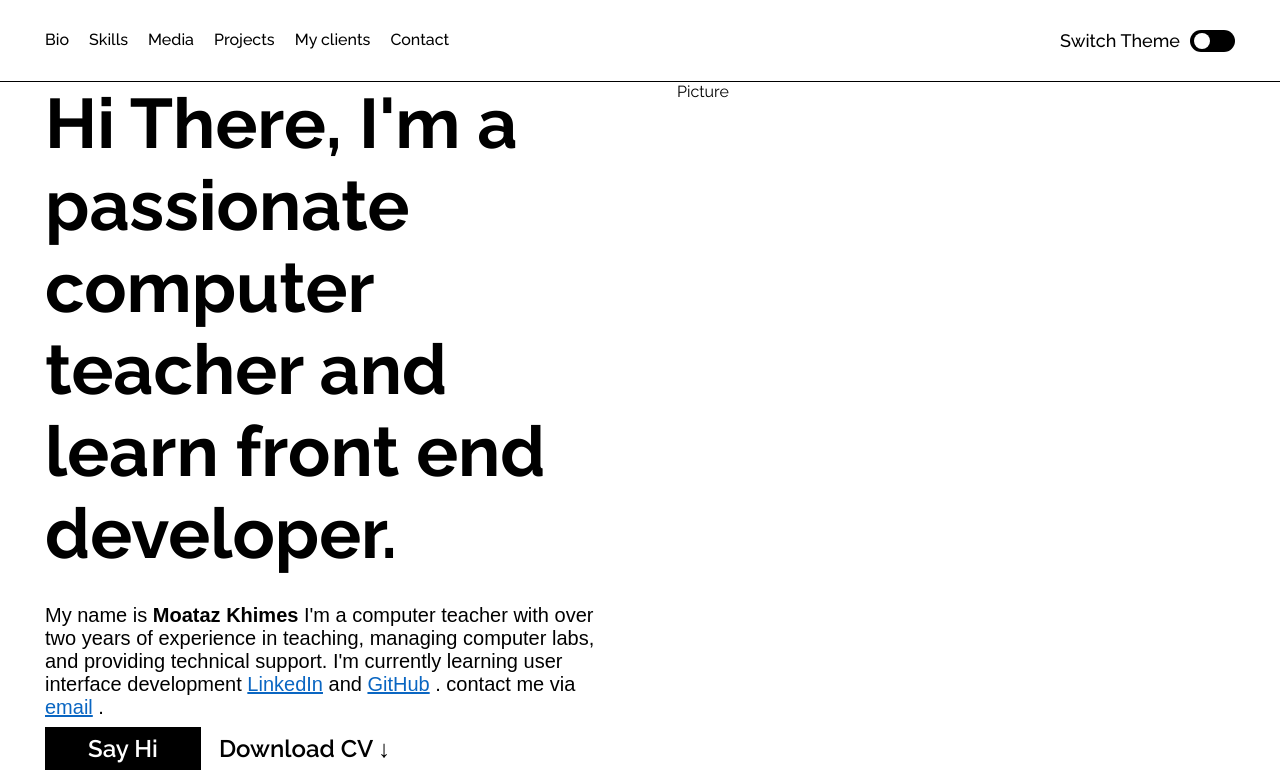
Repository: moataz305G/Personal-website
Page: index.html
The author's editor kept a copy of each file at every save. The page is drawn from the files as they stood at one save, then again after the next save.
The browser window is 1280 px wide. The pictures show the whole page.

Above is the page before, as saved 2025-12-13 09:23:59.

After the next save:
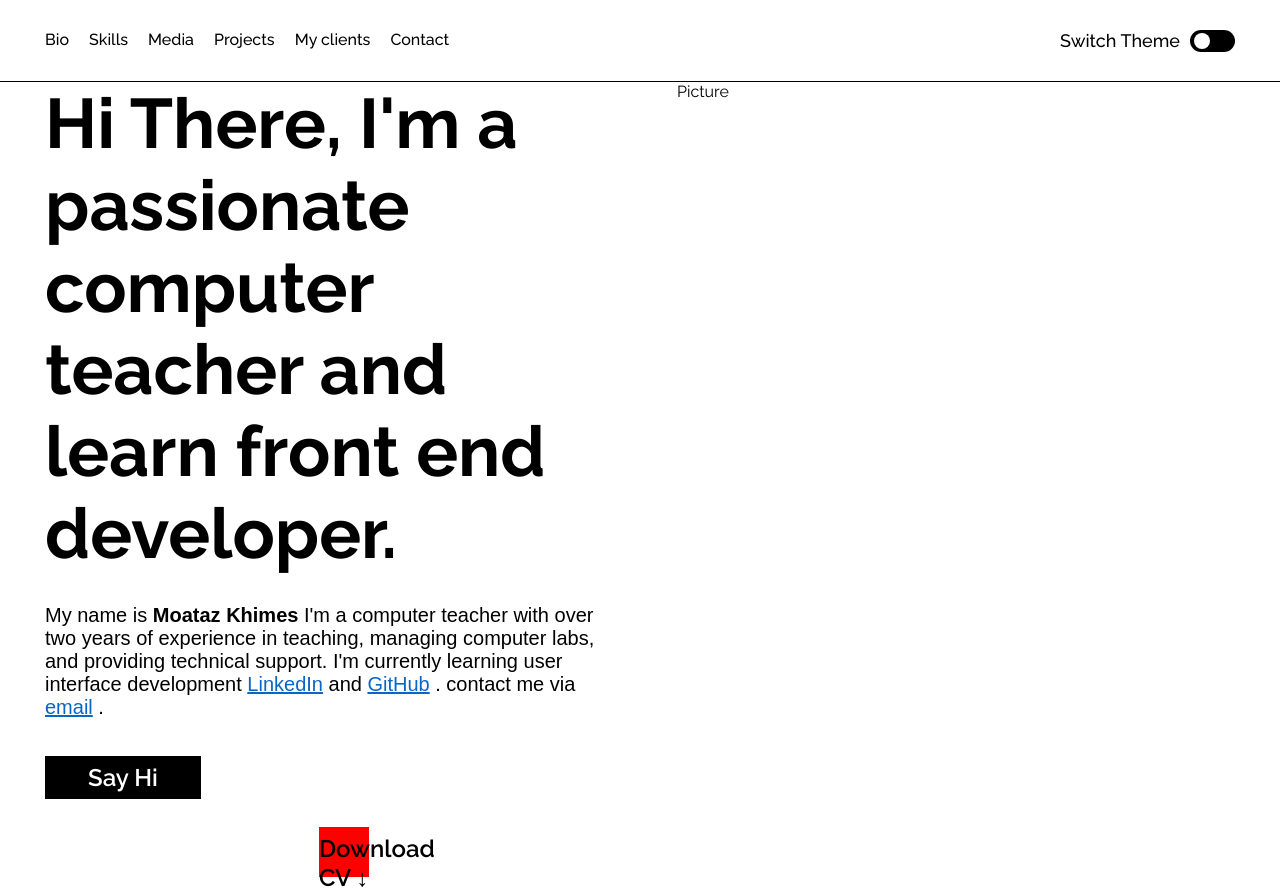
Saved 9 s later.
--- a/Style.css
+++ b/Style.css
@@ -230,7 +230,14 @@
   padding: 0.7rem 0;
   margin-inline-start: 1.4rem;
 
-  display: inline-block;
+  width: 50px;
+
+  height: 50px;
+
+  background-color: red;
+
+  position: relative;
+
   animation: move 2s infinite;
 }
 

After the save that followed:
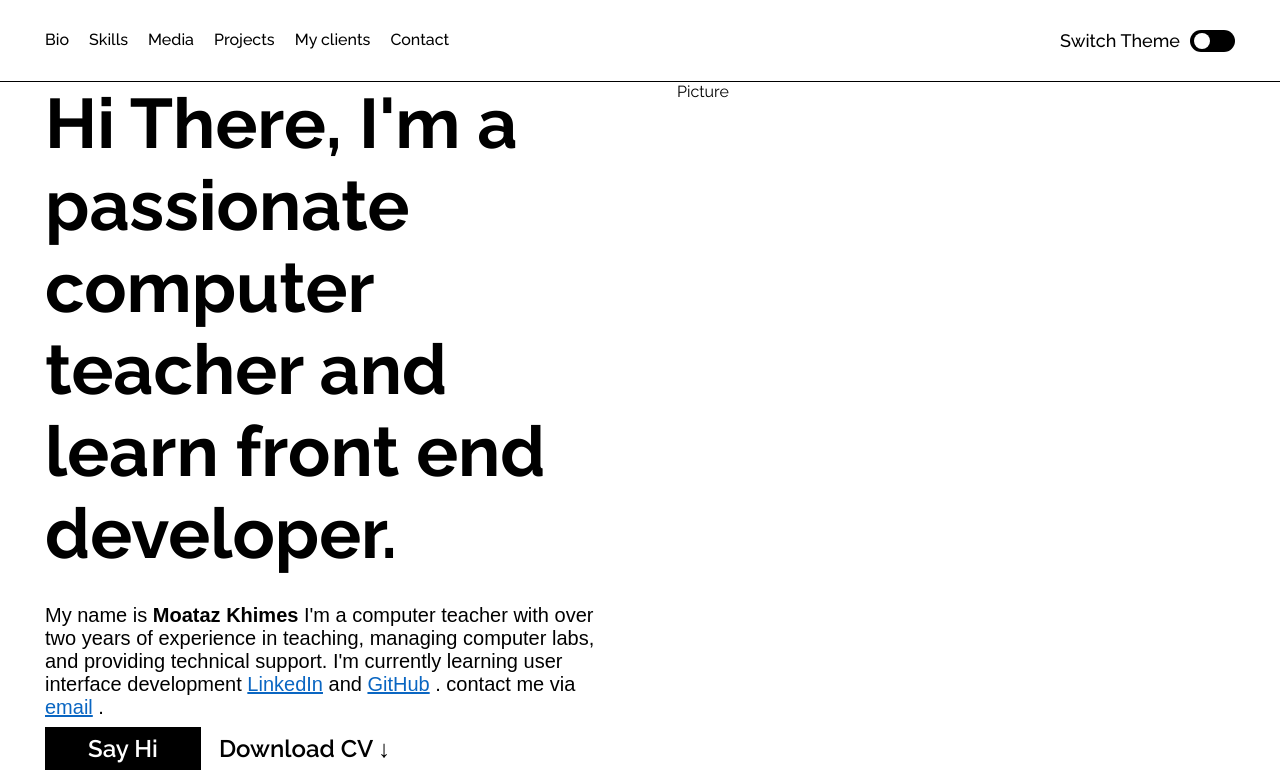
Saved 66 s later.
--- a/Style.css
+++ b/Style.css
@@ -207,38 +207,10 @@
   color: var(--color-white);
   padding: 0.7rem 4.3rem;
 }
-@keyframes move {
-  0% {
-    top: 0;
-
-    left: 0;
-  }
-
-  50% {
-    top: 100px;
-
-    left: 100px;
-  }
-
-  100% {
-    top: 0;
-
-    left: 0;
-  }
-}
+
 .find-out-link {
   padding: 0.7rem 0;
   margin-inline-start: 1.4rem;
-
-  width: 50px;
-
-  height: 50px;
-
-  background-color: red;
-
-  position: relative;
-
-  animation: move 2s infinite;
 }
 
 @keyframes jump {
